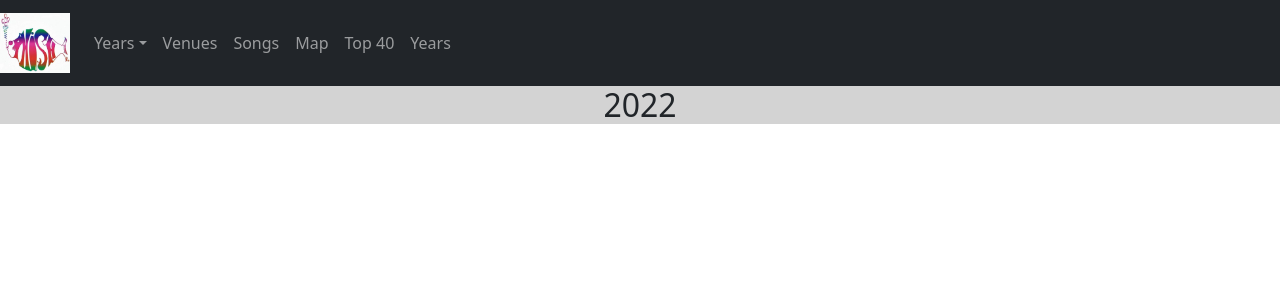
Repository: Jcparks84/gonePhishin
Page: / (app in my-app/)
An editor plug-in stored every save of this project. The page is shown before and after a run of saves, followed by the edit.
The browser window is 1280 px wide. The pictures show the whole page.
The page's requests for data from a server got no answer. The project was rebuilt for these pictures with package versions that can differ from the ones it lists, and the page was loaded fresh each time. No one was signed in, and anything a server would have sent is missing. Also part of the build but not shown: my-app/src/components/audioPlayer/audioPlayer.js.

Above is the page before, as saved 2022-08-16 17:58:12.

### my-app/src/App.js
import './App.css';
import AudioPlayer from './components/audioPlayer/audioPlayer';
import Navbar from './components/navbar/navBar'
import YearPage from './pages/yearPage/yearPage';



function App() {
  const apiKey = process.env.REACT_APP_API_KEY


  return (
    <div className="App">
      <div>
      <Navbar fixed="top" />
      </div>
      <div>
        <YearPage/>
      </div>
      <div>
        {/* <AudioPlayer/> */}
      </div>

    </div>

  );
}

export default App;

### my-app/src/App.css
.App {
  text-align: center;
  background-color: #d3d3d3;
}

.App-logo {
  height: 40vmin;
  pointer-events: none;
}

@media (prefers-reduced-motion: no-preference) {
  .App-logo {
    animation: App-logo-spin infinite 20s linear;
  }
}

.App-header {
  background-color: #282c34;
  min-height: 100vh;
  display: flex;
  flex-direction: column;
  align-items: center;
  justify-content: center;
  font-size: calc(10px + 2vmin);
  color: white;
}

.App-link {
  color: #61dafb;
}

@keyframes App-logo-spin {
  from {
    transform: rotate(0deg);
  }
  to {
    transform: rotate(360deg);
  }
}

### my-app/src/components/navbar/navBar.js
import logo from '../images/phish.png'
import './navBar.css';
import 'bootstrap/dist/css/bootstrap.css'
import { Nav, Navbar, NavDropdown } from 'react-bootstrap'
import AudioPlayer from '../audioPlayer/audioPlayer';
import YearPage from '../../pages/yearPage/yearPage';



function NavBar() {
  return (
    <div className="navBar">
      <Navbar bg="dark" variant="dark"
        sticky="top" expand="sm" collapseOnSelect>
        <Navbar.Brand>
          <img src={logo} width="70px" height="60px" />{' '}
        </Navbar.Brand>

        <Navbar.Toggle className="coloring" />
        <Navbar.Collapse>
          <Nav>
            <NavDropdown title="Years">
              <NavDropdown.Item href="#years/2021">2021</NavDropdown.Item>
              <NavDropdown.Item href="#years/2020">2020</NavDropdown.Item>
              <NavDropdown.Item href="#years/2019">2019</NavDropdown.Item>
            </NavDropdown>
            <Nav.Link href="#Venues">Venues</Nav.Link>
            <Nav.Link href="#contact-us">Songs</Nav.Link>
            <Nav.Link href="#contact-us">Map</Nav.Link>
            <Nav.Link href="#contact-us">Top 40</Nav.Link>
            <Nav.Link path="#years">{YearPage}Years</Nav.Link>

          </Nav>
        </Navbar.Collapse>

      </Navbar>
    </div>
  );
}


export default NavBar;

### my-app/src/pages/yearPage/yearPage.js
import React from 'react'


function YearPage(){
    return(
        <div>
            <h2>2022</h2>

        </div>
    )
}

export default YearPage;

### my-app/src/components/navbar/navBar.css
.bg-myRed{
    background-color: crimson;
  }

  .content{
    padding: 12px;
    height: 3000px;
  }

  .coloring{
    color: black;
  }

  nav.link {
    align-items: center;
  }

Loaded but not shown: my-app/public/index.html (common file); my-app/src/index.js (common file); my-app/src/index.css (common file); my-app/src/reportWebVitals.js (common file)

After the next 4 saves:
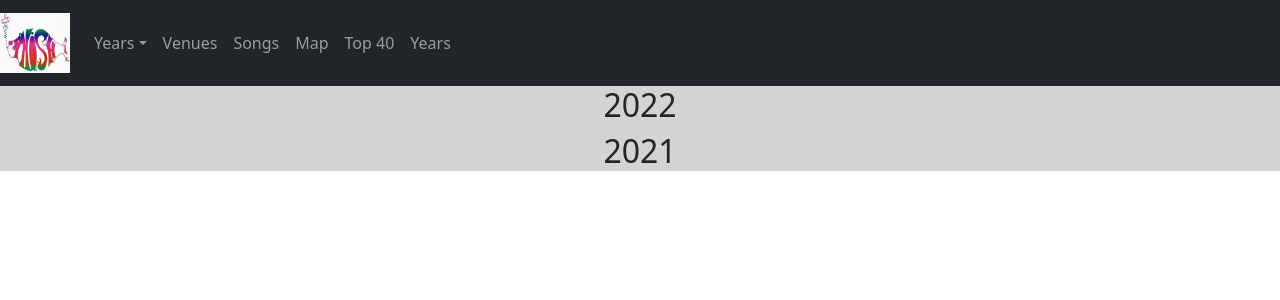
The 4 saves are shown as one change because they came seconds apart.
The last was saved 12 s later.
--- a/my-app/src/pages/yearPage/yearPage.js
+++ b/my-app/src/pages/yearPage/yearPage.js
@@ -5,7 +5,7 @@ function YearPage(){
     return(
         <div>
             <h2>2022</h2>
-
+            <h2>2021</h2>
         </div>
     )
 }
